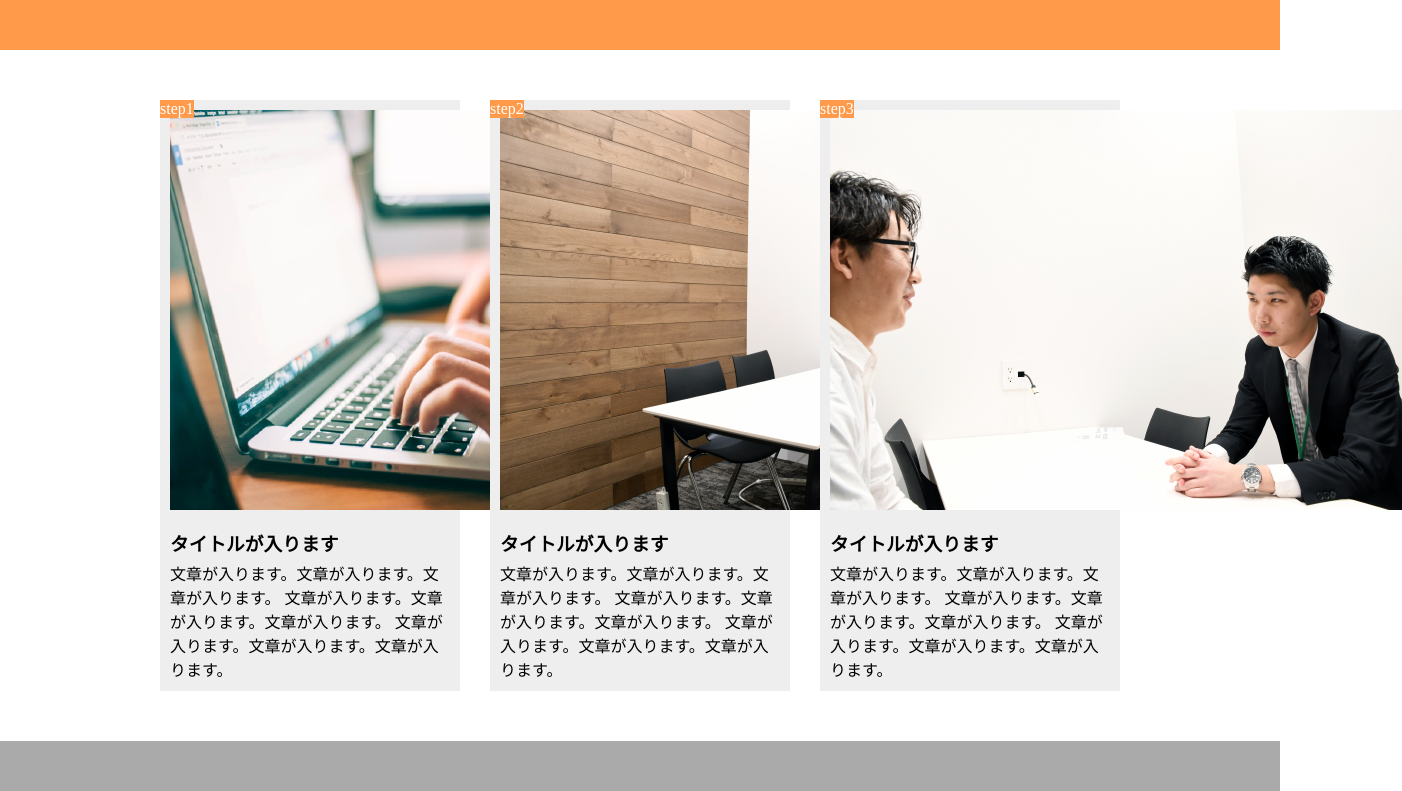
Repository: Kaori199701/-1
Page: 課題1/chapter9-index.html
The author's editor kept a record of every edit. The page is drawn from the files as they stood at one moment, then again after the next edit.
The browser window is 1280 px wide. The page is 1402 px wide, then 1372 px, so the pictures cover 1402 px, including what lies to the right of the window. The pictures show the whole page.

Above is the page before.

### 課題1/chapter9-index.html
<!DOCTYPE html>
<html lang="ja">
  <head>
    <meta charset="UTF-8" />
    <meta name="viewport" content="width=device-width,initial-scale=1.0">
    <!-- CSSファイルの読み込み -->
    <link rel="stylesheet" href="chapter9-style.css" />
    <title>chapter9</title>
  </head>

  <body>
     <!-- header -->
    <header>
    </header>

     <!-- main用のdiv -->
     <main>
       <!-- 内容 -->
          <!-- 1コ目の記事-->
         <div class="contents-box">
           <img class="contents-image" src="img/flow01.png">
           <span class="step-number">step1</span>
           <h3 class="contents-text-heading">タイトルが入ります</h3>
           <p>文章が入ります。文章が入ります。文章が入ります。
           文章が入ります。文章が入ります。文章が入ります。
           文章が入ります。文章が入ります。文章が入ります。</p>


         </div>
         <!-- 2コ目の記事-->
         <div class="contents-box">
           <img class="contents-image" src="img/flow02.png">
           <span class="step-number">step2</span>
           <h3 class="contents-text-heading">タイトルが入ります</h3>
           <p>文章が入ります。文章が入ります。文章が入ります。
           文章が入ります。文章が入ります。文章が入ります。
           文章が入ります。文章が入ります。文章が入ります。</p>
         </div>

        <!-- 3コ目の記事-->
         <div class="contents-box">
           <img class="contents-image" src="img/flow03.png">
           <span class="step-number">step3</span>
           <h3 class="contents-text-heading">タイトルが入ります</h3>
           <p>文章が入ります。文章が入ります。文章が入ります。
           文章が入ります。文章が入ります。文章が入ります。
           文章が入ります。文章が入ります。文章が入ります。</p>
         </div>

     </main>

     <!-- footer -->
     <footer>
     </footer>
   </body>
</html>

### 課題1/chapter9-style.css
/* ブラウザがそれぞれ持っているCSSをリセットするための記述 */
* {
  margin: 0;
  padding: 0;
  box-sizing: border-box;
}

header {
  height: 50px;
  background-color: #FF9A4B
}

main {
  width: 960px; /* 横幅960px */
  display: flex; /* Flexboxの利用 */
  margin: 50px auto; /* 要素の中央揃え */
}

.contents-box {
  width: 300px;
  margin-right: 30px;
  padding: 10px;
  position: relative;
  background-color: #EEEEEE;
}

.contents-box last-child{
  margin-right: 0;
}


.step-img1 {
  height: 150px;
  background-image: url(img/flow01.png);
  background-position: bottom;
  background-size: cover;
}

.step-img2 {
  height: 150px;
  background-image: url(img/flow02.png);
  background-position: bottom;
  background-size: cover;
}

.step-img3 {
  height: 150px;
  background-image: url(img/flow03.png);
  background-position: bottom;
  background-size: cover;
}


.contents-text-heading {
  padding-top: 15px;
  padding-bottom: 5px;
}

.step-number {
  position: absolute;
  top: 0;
  left: 0;
  background-color: #FF9A4B;
  color: #fff;
}

.contents-text {
  padding: 15px 0 5px;
}

footer {
  width: 100%; /* 横幅100% */
  height: 50px; /* 高さ50px */
  background-color: #AAAAAA;
}






@media screen and (max-width: 768px) {
  header {
    width: 100%;
  }


main {
    width: 100%;
    display: block;
  }

.contents-box {
  width: 90%;
  margin-bottom: 20px;
  padding: 10px;
  position: relative;
  background-color: #EEEEEE;
}

}

After the next edit:
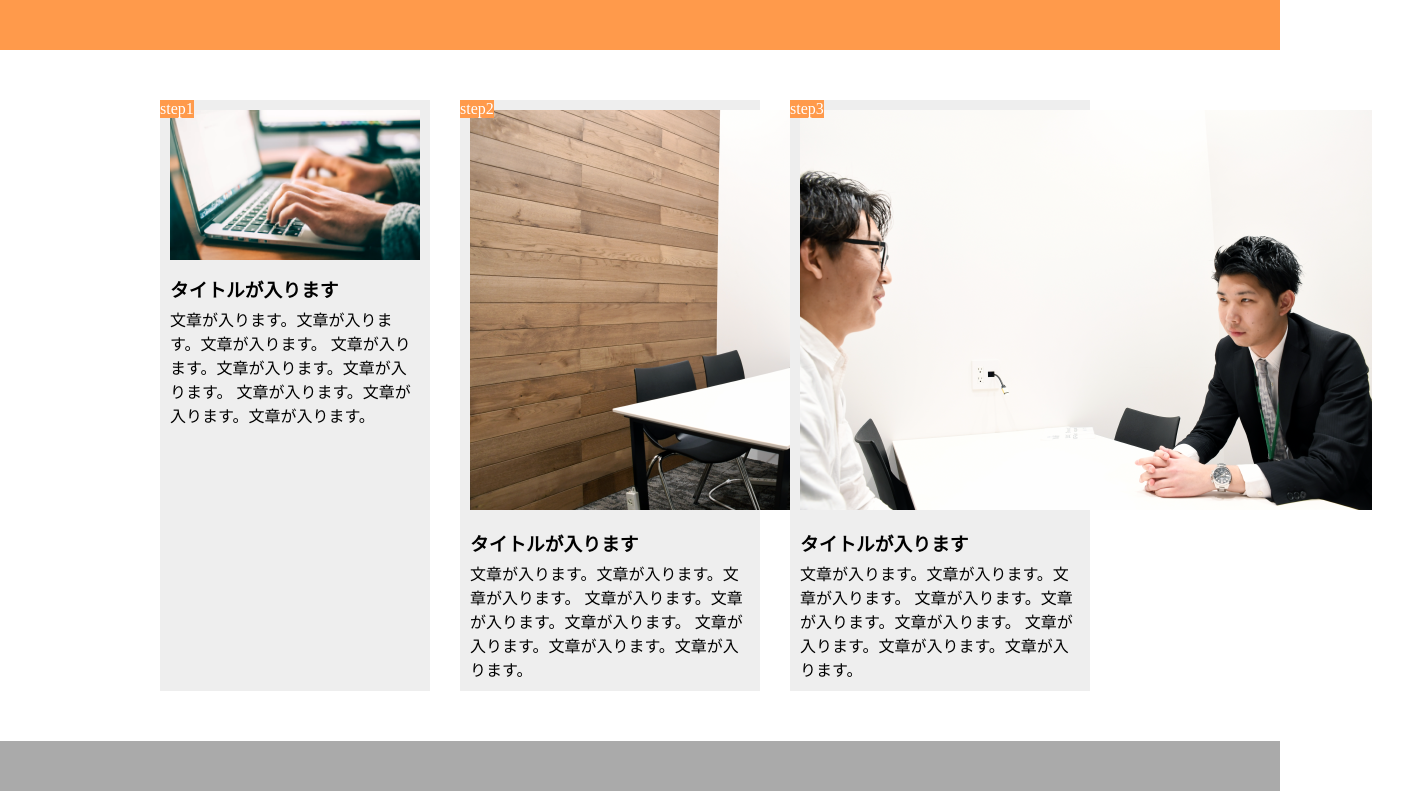
The edit:
--- a/課題1/chapter9-index.html
+++ b/課題1/chapter9-index.html
@@ -18,7 +18,7 @@
        <!-- 内容 -->
           <!-- 1コ目の記事-->
          <div class="contents-box">
-           <img class="contents-image" src="img/flow01.png">
+           <div class="step-img1"></div>
            <span class="step-number">step1</span>
            <h3 class="contents-text-heading">タイトルが入ります</h3>
            <p>文章が入ります。文章が入ります。文章が入ります。
